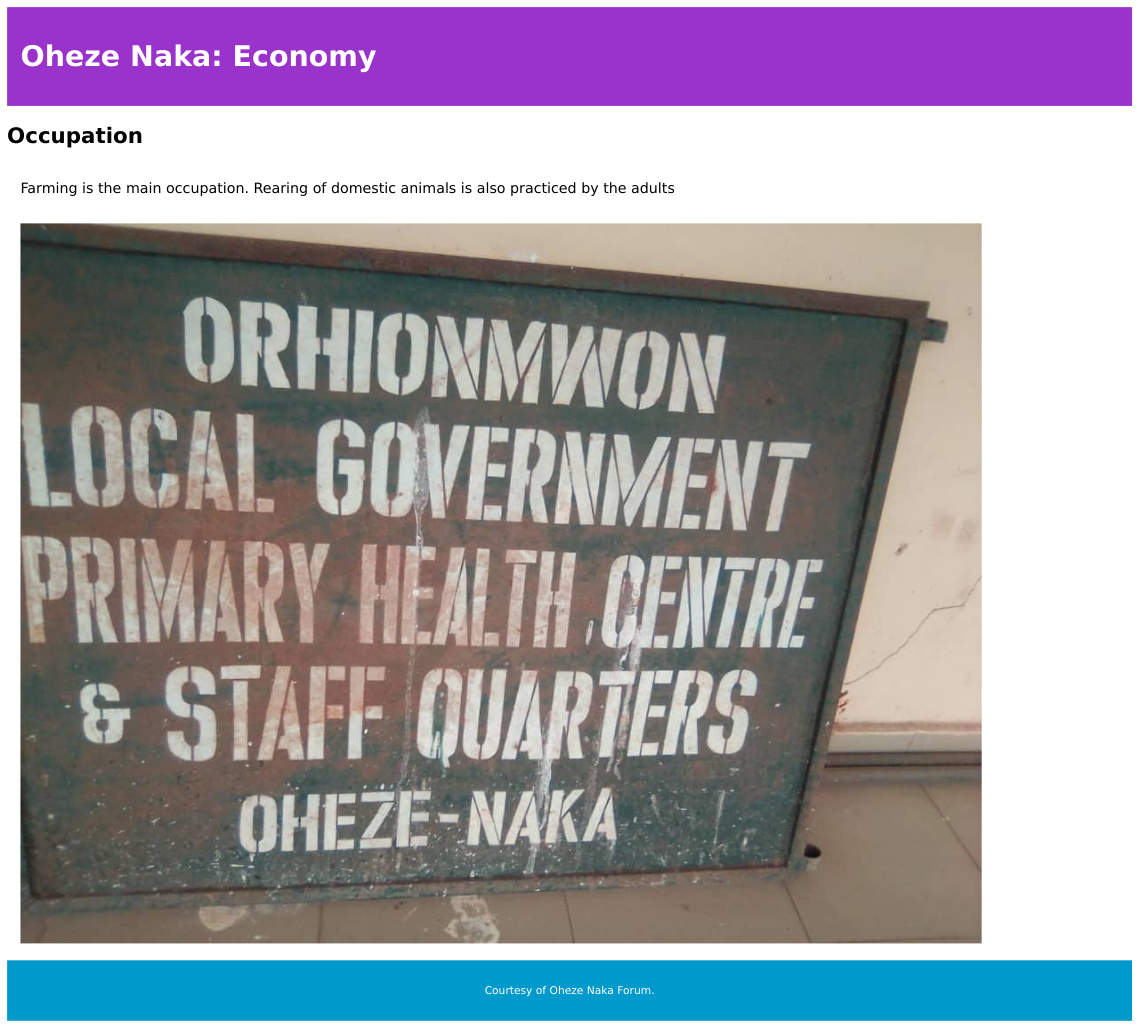
Repository: OtasowieRotimiOsifo/oheze-naka-forum
Page: economy.html
The author's editor kept a copy of each file at every save. The page is drawn from the files as they stood at one save, then again after the next save.
The browser window is 1280 px wide. The pictures show the whole page, at 89% of full size.

Above is the page before, as saved 2021-04-01 22:41:45.

After the next save:
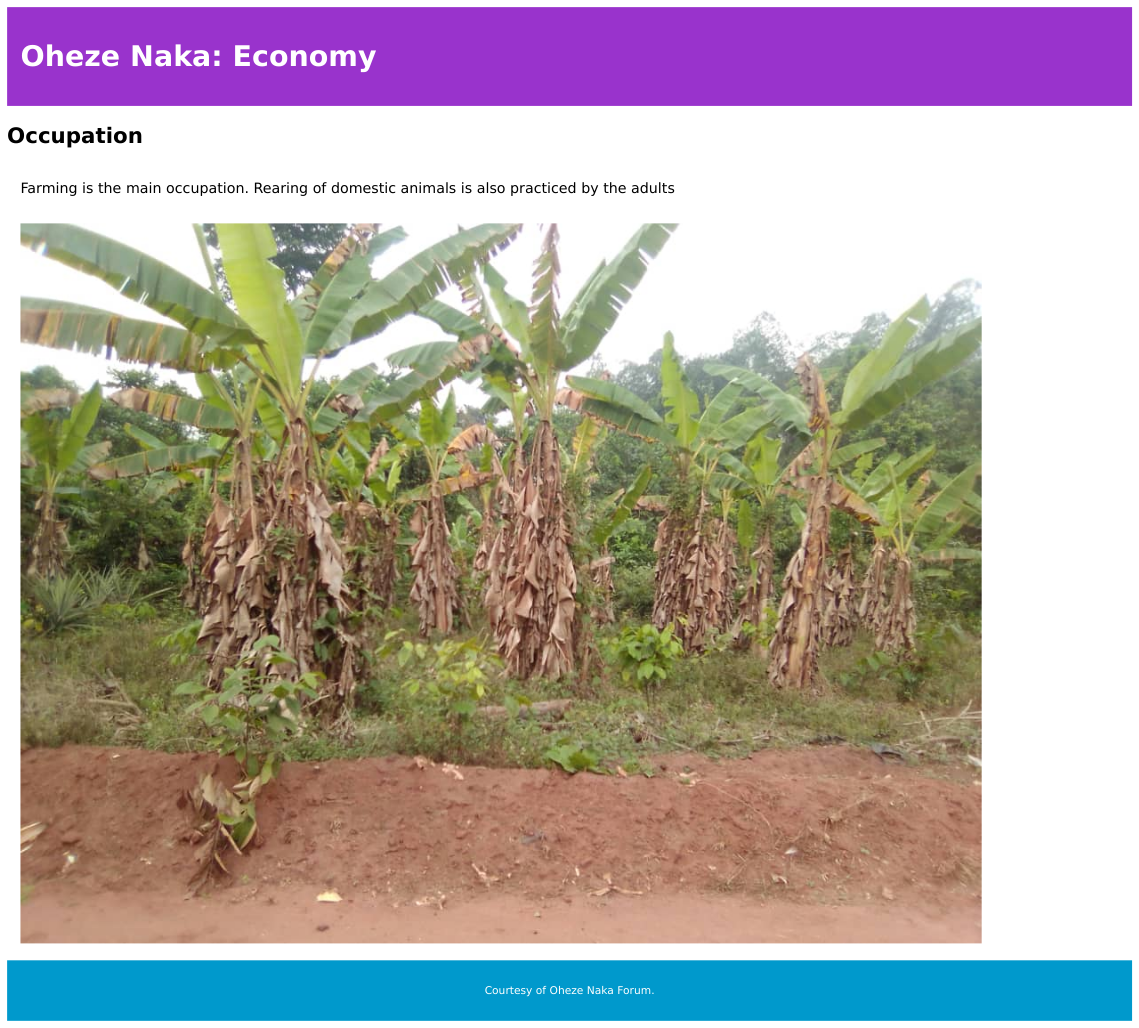
Saved 2 min 6 s later.
--- a/economy.html
+++ b/economy.html
@@ -115,7 +115,7 @@ html {
   </div>
   <div class="row">
     <div  class="col-3 col-s-3">
-      <img src="img/maternity-sign.jpeg"/>
+      <img src="img/plantain-farm.jpg"/>
   </div>
   </div>
 
